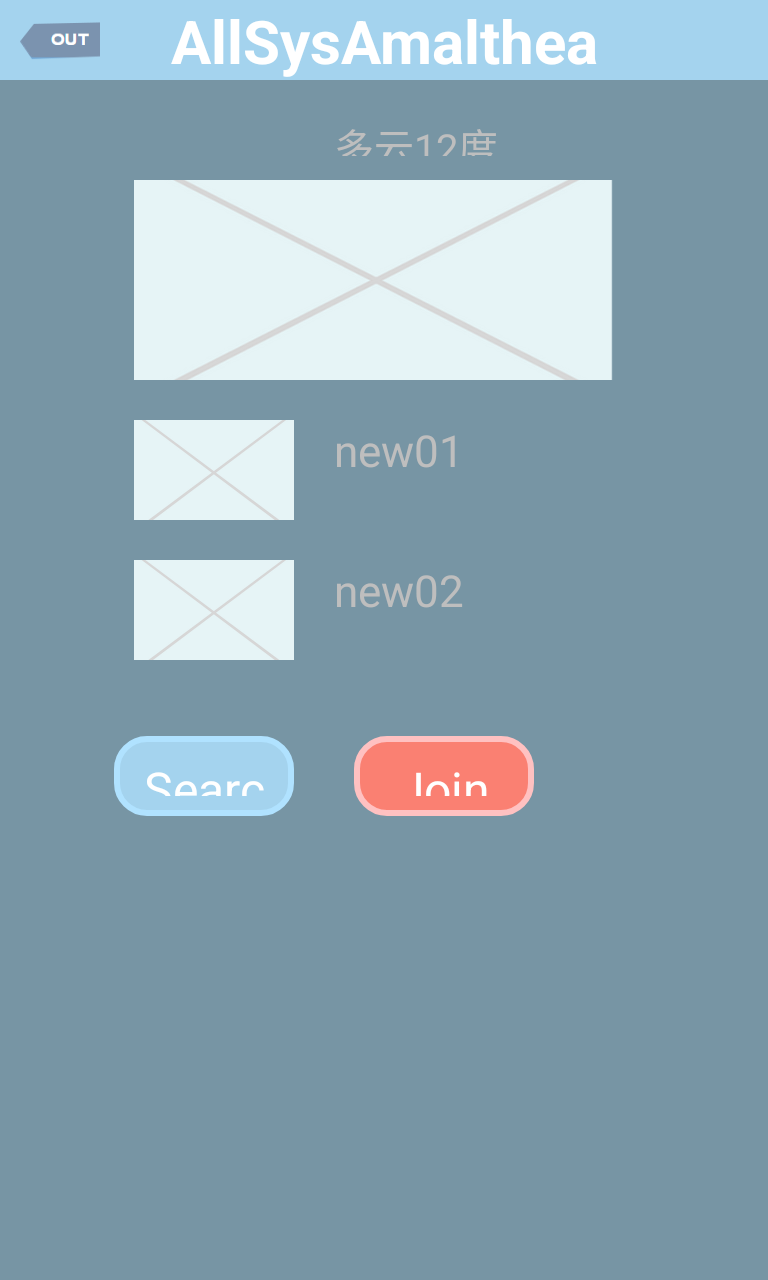
Repository: AllSysAmalthea/AllSys
Layout: APP/AppUI code/代码/Allsys/res/layout/activity_regular.xml
The author's editor kept a copy of each file at every save. The layout is drawn from the files as they stood at one save, then again after the next save.
It is drawn on a 768 x 1280 px phone screen (xhdpi) without system bars, with theme android:Theme.NoTitleBar; the app's code is not run.

Above is the layout before, as saved 2015-06-08 02:48:44.

After the next save:
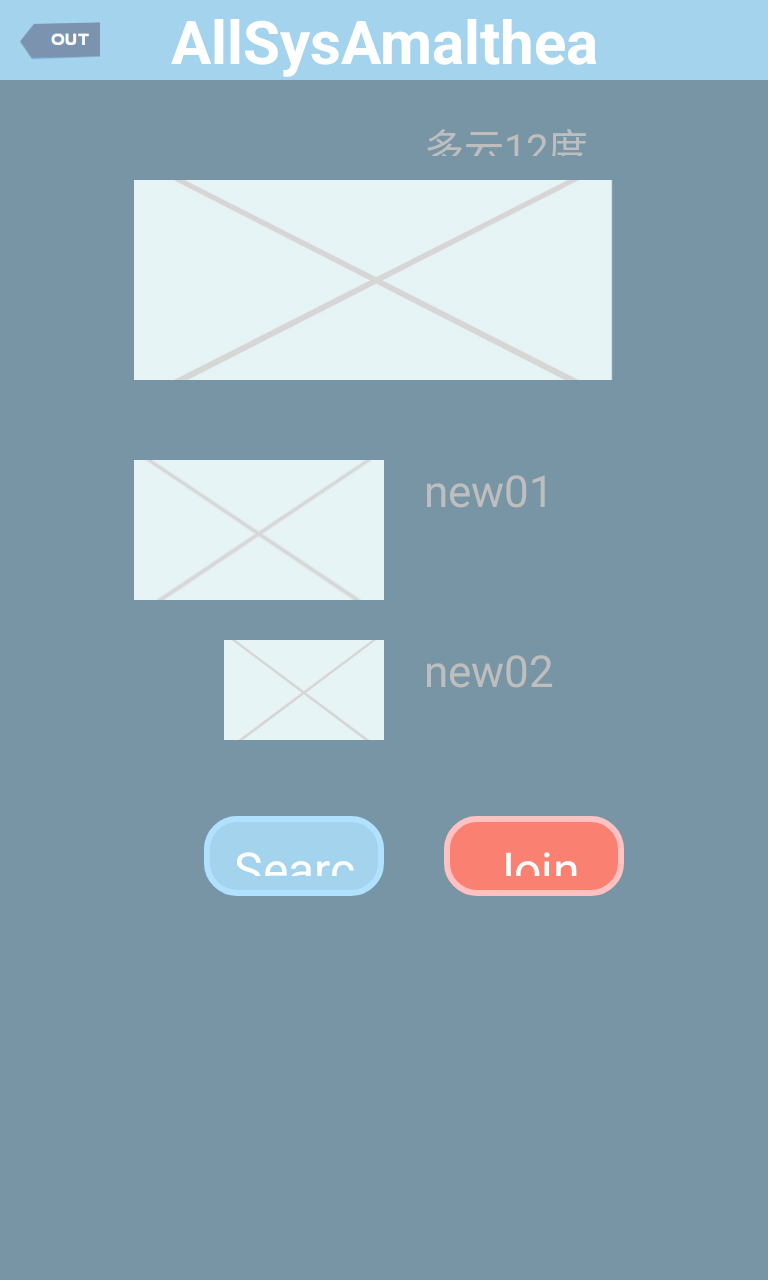
Saved 35 s later.
--- a/APP/AppUI code/代码/Allsys/res/layout/activity_regular.xml
+++ b/APP/AppUI code/代码/Allsys/res/layout/activity_regular.xml
@@ -75,11 +75,11 @@
 
     <ImageView
         android:id="@+id/myImageView2"
-        android:layout_width="160px"
-        android:layout_height="100px"
+        android:layout_width="250px"
+        android:layout_height="140px"
         android:layout_alignLeft="@+id/myImageView1"
         android:layout_below="@+id/myImageView1"
-        android:layout_marginTop="20dp"
+        android:layout_marginTop="40dp"
         android:background="@drawable/news02" />
 
     <ImageView
